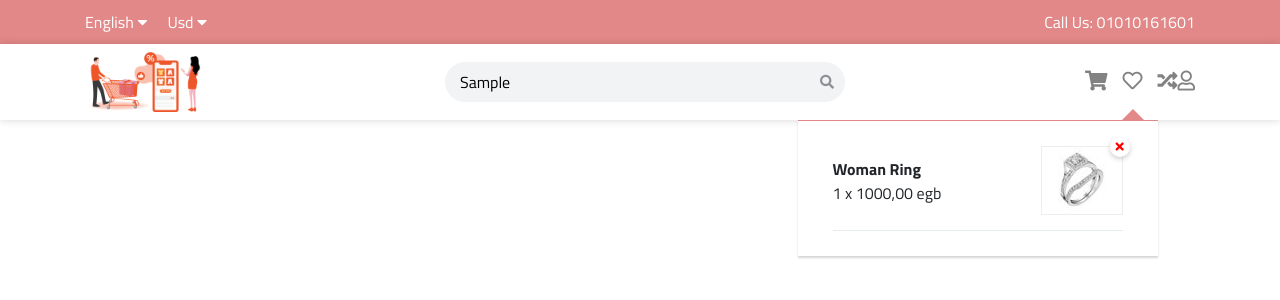
Repository: amrh20/ecommerce-temp
Page: src/index.html
An editor plug-in stored every save of this project. The page is shown before and after the next save, followed by the edit.
The browser window is 1280 px wide. The pictures show the whole page.
Empty fields were first filled with sample values (such as "Sample", 5 or name@example.com).
After loading, the first visible `div.wishlist-view` was clicked once.
The style sheet was rebuilt from its Sass, Less or Tailwind sources for each picture, by a compiler version that may differ from the author's.

Above is the page before, as saved 2020-01-19 11:59:12.

### src/index.html
<!DOCTYPE html>
<html lang="en" dir="ltr">

<head>
  <!-- Mobile specific metas===========================-->
  <meta charset="UTF-8">
  <meta name="viewport" content="width=device-width, initial-scale=1.0">
  <meta http-equiv="X-UA-Compatible" content="ie=edge">
  <!-- Basic page needs===========================-->
  <title>template</title>
  <!-- Favicon===========================-->
  <!-- <link rel="shortcut icon" type="image/x-icon" href="./images/fave-icon.png"> -->
  <!-- Css Base And Vendor ===========================-->
  <link rel="stylesheet" href="./vendors/bootstrap-4/css/bootstrap.min.css">
  <link rel="stylesheet" href="./vendors/fontawesome5.2/css/all.min.css">
  <link rel="stylesheet" href="./vendors/slickslider/slick.css">
  <!-- Site Style===========================-->
  <link rel="stylesheet" href="./styles/main.css">
  <!--[if lt IE 9]>
            <script src="https://oss.maxcdn.com/html5shiv/3.7.2/html5shiv.min.js"></script>
            <script src="https://oss.maxcdn.com/respond/1.4.2/respond.min.js"></script>
        <![endif]-->
</head>

<body>
  <div class="wrapper">
    <div class="body_overlay">
    <!-- start header -->
    <header>
      <div class="header">
        <!-- start top header -->
        <div class="top_header">
          <div class="container">
           <div class="top-header_content">
             <!-- dropdowns -->
            <div class="top_header-dropdowns">
              <!-- start language dropdown -->
              <div class="langauge-dropdown">
                <div class="top_header-dropdown-head">
                  <span>english</span>
                  <i class="fas fa-caret-down"></i>
                  <div class="top_header-dropdown-content">
                    <ul>
                      <li>english</li>
                      <li>french</li>
                    </ul>
                  </div>
                </div>

              </div><!-- end language dropdown -->

              <!-- start currency dropdown -->
              <div class="currency-dropdown">
                <div class="top_header-dropdown-head">
                  <span>usd</span>
                  <i class="fas fa-caret-down"></i>
                  <div class="top_header-dropdown-content">
                    <ul>
                      <li>egb</li>
                      <li>usd</li>
                    </ul>
                  </div>
                </div>

              </div><!-- end currency dropdown -->
            </div>
            <!-- contact -->
            <div class="top_header-contact">
              <p>Call Us: 01010161601</p>
            </div>

           </div>


          </div>
        </div><!-- end top header -->
        <!-- start middle haeder -->
        <div class="mid_header">
          <div class="container">
            <div class="mid_header-content">
              <!-- logo -->
              <div class="logo">
                <img src="./images/logo.png" alt="logo">
              </div>
              <!-- search -->
              <div class="search">
                <input type="text" placeholder="search">
                <i class="fas fa-search"></i>
              </div>
              <!-- icons -->
              <div class="icons">
                <div class="shopping-cart">
                  <div class="icon_head">
                    <i class="fas fa-shopping-cart"></i>
                  </div>

                  <div class="shopping-cart_content custom_content">
                    <div class="shopping-cart_details custom_details">
                      <div class="shopping-cart_row custom_row">
                        <div class="product_img">
                          <img src="./images/product-cart.png" alt="">
                        </div>
                        <div class="product_details">
                          <p class="product_name">Marvelous Modern 3 Seater</p>
                          <p class="product_price"> 599,00 <span>egb</span> </p>
                          <p>Qty: <span>1</span></p>
                        </div>
                        <div class="delete_product">
                          <i class="fa fa-times"></i>
                        </div>
                      </div>
                      <div class="shopping-cart_row custom_row">
                        <div class="product_img">
                          <img src="./images/product-cart.png" alt="">
                        </div>
                        <div class="product_details">
                          <p class="product_name">Marvelous Modern 3 Seater</p>
                          <p class="product_price"> 599,00 <span>egb</span> </p>
                          <p>Qty: <span>1</span></p>
                        </div>
                        <div class="delete_product">
                          <i class="fa fa-times"></i>
                        </div>
                      </div>
                        <div class="shopping-cart_row custom_row">
                        <div class="product_img">
                          <img src="./images/product-cart.png" alt="">
                        </div>
                        <div class="product_details">
                          <p class="product_name">Marvelous Modern 3 Seater</p>
                          <p class="product_price"> 599,00 <span>egb</span> </p>
                          <p>Qty: <span>1</span></p>
                        </div>
                        <div class="delete_product">
                          <i class="fa fa-times"></i>
                        </div>
                      </div>
                    </div>

                    <div class="custom-overlay">
                    </div>
                    <div class="total_price">
                      <span>sub total</span>
                      <span>800,00 egb</span>
                    </div>
                    <div class="cart_btns">
                      <button class="temp_button">view cart</button>
                      <button class="temp_button checkout_btn">checkout</button>
                    </div>
                  </div>

                </div>
                <div class="wishlist-view">
                  <div class="icon_head">
                    <i class="far fa-heart"></i>
                  </div>
                  <div class="wishlist-view_content custom_content">
                    <div class="wishlist-view_details custom_detaiLs">
                     <div class="wishlist-view_row custom_row">
                        <div class="product-details">
                          <p class="product_name">Woman Ring</p>
                          <p class="product_price"> <span>1</span> x 1000,00 egb</p>
                        </div>
                        <div class="product_img">
                          <img src="./images/wishlist_product.jpg" alt="wishlist_product">
                          <i class="fa fa-times"></i>
                        </div>
                     </div>
                    </div>
                    <div class="custom-overlay">
                    </div>
                  </div>

                </div>
                <div class="icon">
                  <i class="fa fa-random"></i>
                </div>
               <div class="icon">
                <i class="far fa-user"></i>
               </div>

              </div>
            </div>
          </div>
        </div>
        <!-- end middle haeder -->
      </div>
    </header><!-- end header -->
    </div>
  </div>

  </div>
  <!--Scripts Plugins========================-->
  <script src="./vendors/jquery/jquery-3.3.1.min.js"></script>
  <script src="./vendors/bootstrap-4/js/bootstrap.min.js"></script>
  <!-- Custom js ====================-->
  <script src="scripts/app.js"></script>
</body>

</html>

### src/scripts/app.js
$( document ).ready(function() {
    $(".shopping-cart").click(function(){
        $(".shopping-cart_content").toggleClass("showcontent");

    })
    $(".wishlist-view").click(function(){
        $(".wishlist-view_content").toggleClass("showcontent")
    })
});


// var allButtons = document.querySelectorAll('.icon_head');
// console.log("Found", allButtons.length, "div which class starts with “button”.");

// for (var i = 0; i < allButtons.length; i++) {
//   allButtons[i].addEventListener('click', function() {
//     $(".shopping-cart_content").toggleClass("showcontent")
//   });
// }

### src/styles/main.scss
/* imports sass files
========================*/
@import "../styles/variables.scss";
@import "../styles/buttons.scss";
@import "../styles/forms.scss";
@import "../styles/header.scss";
@import "../styles/base.scss";
@import "../styles/general.scss";

### src/styles/variables.scss
/* our sass varaibles
========================*/
$main-color :#e38888;
$second-color :#222222;
$icons-color :#828282;
$white: #fff;
$black : #000;
$top-header-hover :#e5e5e5;

### src/styles/buttons.scss
@import "../styles/variables.scss";

/* Buttons
==================================*/

### src/styles/forms.scss
@import "../styles/variables.scss";

/* forms
==============================*/
.form-control {
  height: 5rem;
  border: 2px solid transparent;
  border-radius: 1rem;
  box-shadow: 0 4px 10px -2px rgba(126, 173, 225, .5);
  font-size: 1.6rem;
  transition: all .3s ease-in-out;
  padding-left: 15px;

  &:focus {
    outline: none;
    box-shadow: 0 4px 10px -2px rgba(126, 173, 225, .5);
  }

  &::-webkit-input-placeholder {
    color: #7e7e7e;
    text-transform: capitalize;
    font-size: 1.4rem;
  }

  &.remove-default::-webkit-inner-spin-button,
  &.remove-default::-webkit-outer-spin-button,
  &.remove-default,
  &[type=date]::-webkit-inner-spin-button,
  &[type=date]::-webkit-outer-spin-button {
    -webkit-appearance: none;
    -moz-appearance: none;
    margin: 0;
  }

  &.remove-default::-webkit-inner-spin-button,
  &.remove-default::-webkit-outer-spin-button,
  &.remove-default,
  &[type=date] {
    -moz-appearance: textfield;
  }

}

textarea {
  height: auto;
  resize: none;
  width: 100%;
  border: 2px solid transparent;
  border-radius: 1rem;
  box-shadow: 0 4px 10px -2px rgba(126, 173, 225, .5);
  font-size: 1.6rem;
  transition: all .3s ease-in-out;
  padding: 15px;

  &:focus {
    outline: none;
    box-shadow: 0 4px 10px -2px rgba(126, 173, 225, .5);
  }
}

/*check-radio-item*/
.zvendo-check-item {
  margin-bottom: 1.5rem;
  text-align: start;

  &:last-of-type label {
    margin-left: 0;
  }

  input[type="radio"],
  input[type="checkbox"] {
    display: none;
  }

  input[type="radio"]+label,
  input[type="checkbox"]+label {
    position: relative;
    display: block;
    margin-bottom: 0;
    font-size: 1.42rem;
    text-transform: capitalize;
    color: #333232;
    cursor: pointer;
    padding-inline-start: 4rem;
  }

  input[type="radio"]+label::before,
  input[type="checkbox"]+label::before {
    position: absolute;
    content: "";
    font-family: 'Font Awesome 5 Free';
    font-weight: 900;
    display: flex;
    align-items: center;
    justify-content: center;
    font-size: 2rem;
    width: 3rem;
    height: 3rem;
    top: .5rem;
    left: 0;
    background-color: transparent;
    border: 2px solid $main-color;
    border-radius: .9rem;

    [dir="rtl"] & {
      left: auto;
      right: 0;
    }
  }

  input[type="radio"]:checked+label,
  input[type="checkbox"]:checked+label {
    color: $main-color;
  }

  input[type="radio"]:checked+label::before,
  input[type="checkbox"]:checked+label::before {
    font-family: "Font Awesome 5 Free";
    content: "\f00c";
    background-color: transparent;
    color: $main-color;
  }
}

### src/styles/header.scss
@import "../styles/variables.scss";

.header {
  // start top header
  .top_header {
    background-color: $main-color;
    color: $white;
    padding: 10px 0;
    .top-header_content {
      display: flex;
      justify-content: space-between;
      .top_header-dropdowns {
        display: flex;
        .langauge-dropdown,
        .currency-dropdown {
          position: relative;
          .top_header-dropdown-head {
            cursor: pointer;
            width: fit-content;
            text-transform: capitalize;
            .top_header-dropdown-content {
              background-color: $white;
              position: absolute;
              top: 52px;
              box-shadow: 0 0 8px 0 rgba(0, 0, 0, 0.17);
              color: $black;
              min-width: 80px;
              text-transform: capitalize;
              opacity: 0;
              visibility: hidden;
              transition: all 0.3s ease-in-out;
              ul {
                li {
                  padding: 10px;
                  cursor: pointer;
                  &:first-of-type {
                    padding-bottom: 0;
                  }
                  &:hover {
                    color: $main-color;
                  }
                }
              }
            }
            &:hover {
              .top_header-dropdown-content {
                opacity: 1;
                visibility: visible;
                top: 32px;
              }
            }
          }
        }
        .langauge-dropdown {
          margin-right: 20px;
        }
      }
    }
  }
  // start middle header
  .mid_header {
    box-shadow: 0 0 8px 0 rgba(0, 0, 0, 0.17);
    padding: 8px 0;
    .mid_header-content {
      display: flex;
      align-items: center;
      justify-content: space-between;
      .logo {
        img {
          max-height: 60px;
        }
      }
      // search
      .search {
        position: relative;
        input {
          border: 1px solid #f1f3f5;
          border-radius: 20px;
          background: #f1f3f5;
          min-width: 400px;
          padding: 7px 14px;
        }
        i {
          position: absolute;
          right: 11px;
          font-size: 14px;
          top: 50%;
          transform: translateY(-50%);
          color: #8c9196;
        }
      }
      // icons
      .icons {
        display: flex;

        i {
          font-size: 20px;
          color: $icons-color;
          cursor: pointer;
        }
        // shopping cart view
        .shopping-cart {
          position: relative;
          margin-right: 15px;
          .shopping-cart_row {
            .product_img {
              img {
                max-height: 100px;
              }
            }
            .product_details {
              margin: 0 15px;
              .product_name {
                font-weight: 700;
                overflow: hidden;
                text-overflow: ellipsis;
                white-space: nowrap;
                max-width: 170px;
              }
              .product_price {
                text-transform: uppercase;
                color: $main-color;
              }
            }
            .delete_product {
              i {
                color: red;
                font-size: 14px;
              }
            }
          }

          .total_price {
            display: flex;
            justify-content: space-between;
            padding: 15px 25px;
            text-transform: capitalize;
            border-top: 1px solid #eee;
            border-bottom: 1px solid #eee;
            span {
              &:first-of-type {
                color: #757575;
              }
              &:nth-of-type(2) {
                color: #010101;
                font-weight: 600;
              }
            }
          }
          .cart_btns {
            display: flex;
            justify-content: space-between;
            padding: 15px 25px;
            .checkout_btn {
                background-color: $main-color;
                color: $white;
                &:hover {
                    color: $main-color;
                    background-color: $white;
                }
            }
          }
        }

        // wishlist veiw
        .wishlist-view {
          margin-right: 15px;
          position: relative;
          .wishlist-view_content {
          padding: 25px 35px;
          border-top: 1px solid $main-color;
          }
          .wishlist-view_row {
            justify-content: space-between;
            border-bottom: 1px solid #e6ebee;
            padding: 0 0 15px 0;
            .product_name {
              font-weight: 800;
            }
            .product_img {
              border: 1px solid #ededed;
              position: relative;
              i {
                position: absolute;
                right: -8px;
                top: -10px;
                font-size: 12px;
                box-shadow: 0 2px 5px rgba(0,0,0,0.2);
                width: 2rem;
                height: 2rem;
                border-radius: 50%;
                background-color: #fff;
                display: flex;
                left: c;
                color: red;
                justify-content: center;
                align-items: center;
              }
            }
          }

        }
      }
    }
  }
  // custom views
  .custom-overlay {
    border-color: #e38888 transparent;
    border-style: solid;
    border-width: 0 12px 12px;
    height: 0;
    width: 0;
    top: -12px;
    right: 13px;
    position: absolute;
  }
  .custom_content {
    transition: all 0.3s ease-in-out;
    position: absolute;
    min-width: 360px;
    top: 20px;
    right: -15px;
    transition: all 0.3s ease;
    opacity: 0;
    visibility: hidden;
    box-shadow: 0 2px 2px rgba(0, 0, 0, 0.17);
    background-color: $white;
    .custom_details {
        border-top: 1px solid $main-color;
        max-height: 350px;
        overflow: auto;
    }
    &.showcontent {
      opacity: 1;
      visibility: visible;
      top: 50px;
    }
  }
  .custom_row {
    padding: 5px 25px;
    display: flex;
    align-items: center;
  }
}

### src/styles/base.scss
@import "../styles/variables.scss";

/* General elements
======================*/
*,p {
  margin: 0;
  padding: 0;
}
*,
*:focus {
  outline: none !important;
}

.highlightClass {
  color: $main-color;
}
/*import fonts
========================*/
@import url('https://fonts.googleapis.com/css?family=Ubuntu:400,700');

@font-face {
  font-family: Cairo;
  font-style: normal;
  src: local('Cairo Regular'), local('Cairo-Regular'), url("../fonts/Cairo/Cairo-Regular.ttf");
  font-display: swap;
  font-weight: 400;
}
@font-face {
  font-family: Cairo;
  font-style: normal;
  src: local('Cairo Cairo-SemiBold'), local('Cairo-Cairo-SemiBold'), url("../fonts/Cairo/Cairo-SemiBold.ttf");
  font-display: swap;
  font-weight: 600;
}
@font-face {
  font-family: Cairo;
  font-style: normal;
  src: local('Cairo Bold'), local('Cairo-Bold'), url("../fonts/Cairo/Cairo-Bold.ttf");
  font-display: swap;
  font-weight: 700;
}
/*body-layout
========================*/
html {
  font-size: 62.5%;
  overflow-x: hidden;
}
body {
  font-family: 'Cairo',  sans-serif;
  font-size: 1.6rem;

  [dir=rtl] & {
    direction: rtl;
    text-align: right;
  }
}

.wrapper {
  position: relative;
  width: 100%;
}
/* Links
==================*/
a {
  color: inherit;
  &:hover,
  &:focus {
    text-decoration: none;
    transition: all .3s ease-in-out;
    color: inherit;
  }
}
/* Images
============================*/
img {
  // display: block;
  max-width: 100%;
  height: auto;
}

// list items
ul {
  list-style: none;
  margin: 0;
}

/* inputs
============================*/

### src/styles/general.scss
@import "../styles/variables.scss";


// buttons
.temp_button {
    color: $black;
    padding: 5px 22px;
    border-radius: 18px;
    vertical-align: top;
    display: inline-block;
    background: transparent;
    border: 1px solid $main-color;
    text-transform: uppercase;
    cursor: pointer;
    transition: all .3s ease-in-out;
    &:hover {
        background-color: $main-color;
        color: $white;
    }
}

Loaded but not shown: src/vendors/bootstrap-4/css/bootstrap.min.css (library); src/vendors/fontawesome5.2/css/all.min.css (library); src/vendors/slickslider/slick.css (common file); src/vendors/jquery/jquery-3.3.1.min.js (library); src/vendors/bootstrap-4/js/bootstrap.min.js (library)

After the next save:
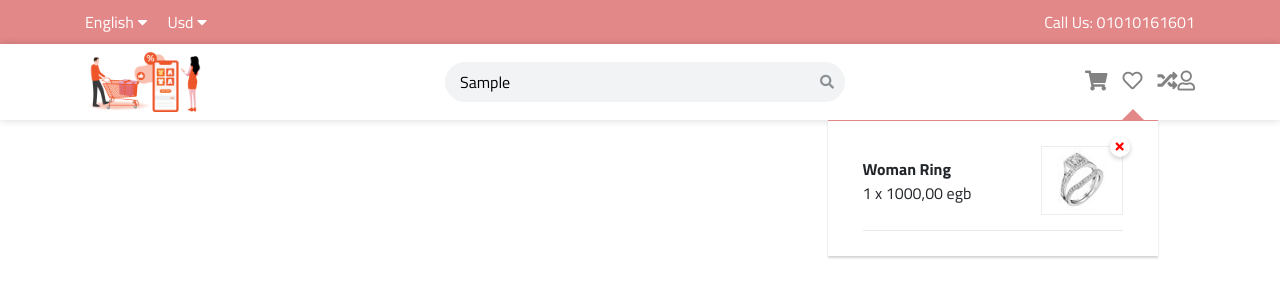
Saved 64 s later.
--- a/src/styles/header.scss
+++ b/src/styles/header.scss
@@ -169,6 +169,7 @@
           .wishlist-view_content {
           padding: 25px 35px;
           border-top: 1px solid $main-color;
+          min-width: 330px;
           }
           .wishlist-view_row {
             justify-content: space-between;
